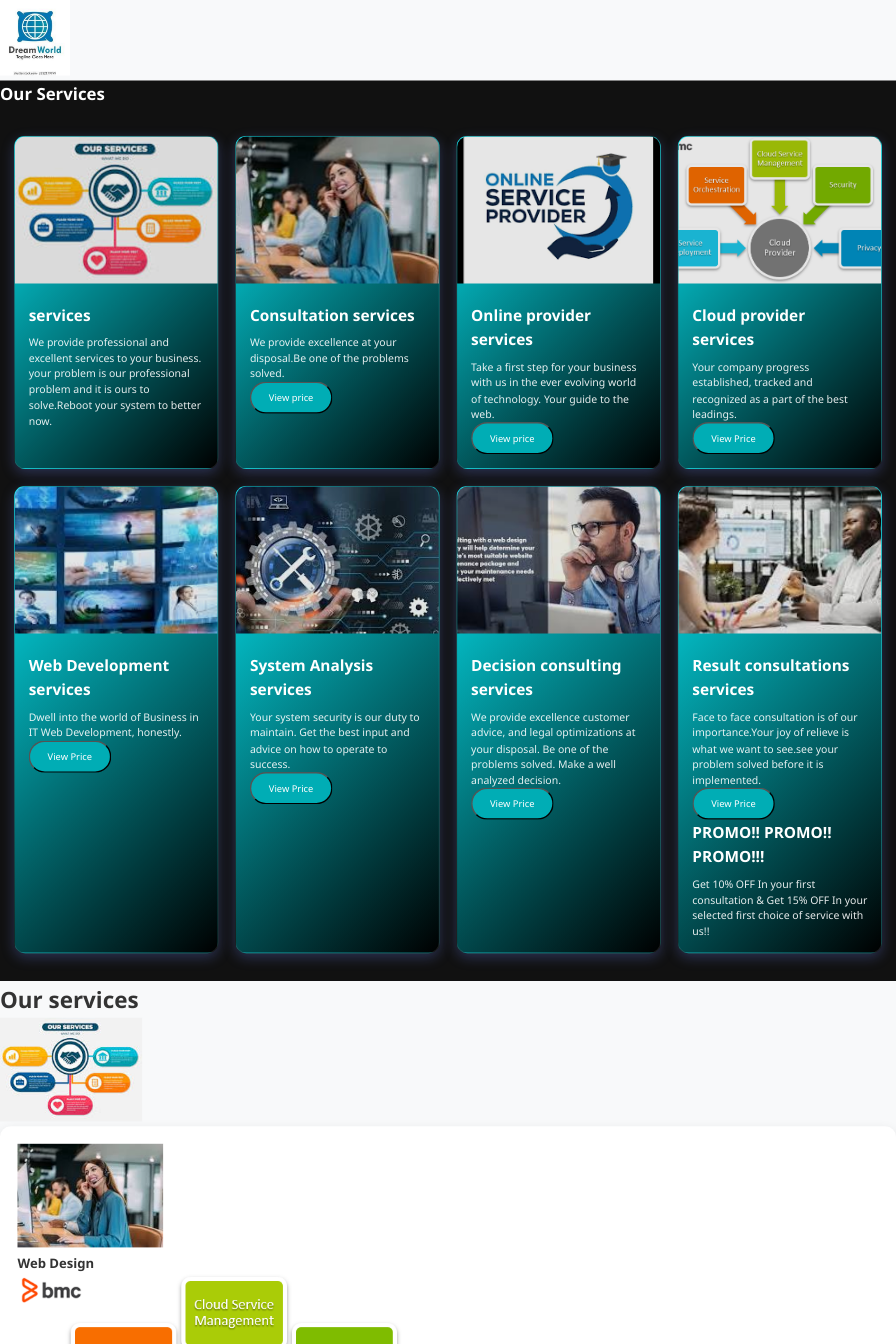
Repository: za569/WEDE5020-HTML-CSS-JavaScript-Zanda-Rubuxa-PART-3
Page: services.html
The author's editor kept a copy of each file at every save. The page is drawn from the files as they stood at one save, then again after the next save.
The browser window is 1280 px wide. The pictures show the part of the page from y = 0 to 1920 px (the page is 3328 px tall), at 70% of full size.

Above is the page before, as saved 2026-06-03 12:50:57.
Console error: TypeError: document.getElementsById is not a function

### services.html
<!DOCTYPE html>
<html lang="en">
<head>
    <meta charset="UTF-8">
    <meta name="viewport" content="width=device-width, initial-scale=1.0">
    <title>Dreamworlds holdings|about</title>
    <img src="images/logo.jpg" width="100px" length="500px" alt="logo">
    <link rel="stylesheet" href="style.css">
</head>
<body>

    <header>

    <section class="services-page">
        <h2>Our Services</h2>
        <div class="services-grid">

        <div class="service-card">
            <img src="images/services.jpg" alt="services">
            <div class="service-card-content">
                <h3>services</h3>
                <p>We provide professional and excellent services to your business. your problem is our professional problem and it is ours to solve.Reboot your system to better now.</p>
            </div>
        </div>

        <div class="service-card">
            <img src="images/service 1 img.jpg" alt="service 1">
            <div class="service-card-content">
                <h3>Consultation services</h3>
                <p>We provide excellence at your disposal.Be one of the problems solved.</p>
                <button class="btn price-btn" data-price="R1050">View price</button>
            </div>
        </div>

        <div class="service-card">
            <img src="images/service 2 img.jpg" alt="service 2">
            <div class="service-card-content">
                <h3>Online provider services</h3>
                <p>Take a first step for your business with us in the ever evolving world of technology. Your guide to the web.</p>
                <button class="btn price-btn" data-price="R2500">View price</button>
            </div>
        </div>

        <div class="service-card">
            <img src="images/service 3 img.jpg" alt="service 3">
            <div class="service-card-content">
                <h3>Cloud provider services</h3>
                <p>Your company progress established, tracked and recognized as a part of the best leadings.</p>
                <button class="btn price-btn" data-price="R3500">View Price</button>
            </div>
        </div>

        <div class="service-card">
            <img src="images/service 4.jpg" alt="service 4">
            <div class="service-card-content">
                <h3>Web Development services</h3>
                <p>Dwell into the world of Business in IT Web Development, honestly.</p>
                <button class="btn price-btn" data-price="R4000">View Price</button>
            </div>
        </div>

        <div class="service-card">
            <img src="images/service 5.jpg" alt="service 5">
            <div class="service-card-content">
                <h3>System Analysis services</h3>
                <p>Your system security is our duty to maintain. Get the best input and advice on how to operate to success.</p>
                <button class="btn price-btn" data-price="R3000">View Price</button>
            </div>
        </div>

    <div class="service-card">
            <img src="images/service 5(2).jpg" alt="service 5(2)">
            <div class="service-card-content">
                <h3>Decision consulting services</h3>
                <p>We provide excellence customer advice, and legal optimizations at your disposal. Be one of the problems solved. Make a well analyzed decision.</p>
                <button class="btn price-btn" data-price="R2000">View Price</button>
            </div>
    </div>

        <div class="service-card">
            <img src="images/service experience.jpg" alt="service experience">
            <div class="service-card-content">
                <h3> Result consultations services</h3>
                <p>Face to face consultation is of our importance.Your joy of relieve is what we want to see.see your problem solved before it is implemented.</p>
                <button class="btn price-btn" data-price="R2000">View Price</button>

                <h3>PROMO!! PROMO!! PROMO!!!</h3>
                <p>Get 10% OFF In your first consultation & Get 15% OFF In your selected first choice of service with us!!</p>
            </div>
        </div>
    </div>
</section>
</header>

    <main class="container">
        <h1>Our services</h1>
        <img src="images/services.jpg" alt="services">

        <div class="grid-3">
            <div class="card">
                <img src="images/service 1 img.jpg" alt="service 1">
                <h3>Web Design</h3>
                <img src="images/service 3 img.jpg" alt="service 3">
                <p>Custom HTML/CSS layouts tailored to your brand.</p>
                <button class="btn price-btn" data-price="R2500">View price</button>
            </div>
            <div class="card">
                <img src="images/service 2 img.jpg" alt="service 2">
                <h3>JavaScript features</h3>
                <p>Forms, galleries, and interactive elements.</p>
                <img src="images/service 4.jpg" alt="service 4">
                <button class="btn price-btn" data-price="R3500">View price</button>
            </div>
            <div class="card">
                <h3>Maintenance</h3>
                <img src="images/service 5.jpg" alt="service 5">
                <p>Monthly updates and bug fixes.</p>
                <img src="images/service 5(2).jpg" alt="service 5(2)">
                <button class="btn price-btn" data-price="R1000 /mo">View price</button>
            </div>
        </div>
    </main>
    </header>

    <footer>&copy; 2026 Dreamworlds holdings.</footer>

    <script src="js/script.js"></script>


</body>
</html>

### style.css
* {
    margin: 0;
    padding: 0;
    box-sizing: border-box;
    font-family: 'Segoe UI', Tahoma, Geneva, Verdana, sans-serif;
}

body {
    background: #f8f9fa;
    color: #333;
    line-height: 1.6;
}

header {
    background: #111;
    color: #fff;
    position: sticky;
    top: 0;
    z-index: 1000;
}

* ==========================================================================
BALANCED 3-COLUMN LAYOUT WITH PROPORTIONAL INTEGRATED MAP
========================================================================== */

.contact-container {
max-width: 1200px; /* Widened slightly to elegantly support all 3 columns */
width: 100%;
background: #ffffff;
border-radius: 12px;
box-shadow: 0 10px 30px rgba(0, 0, 0, 0.08);
overflow: hidden;
margin: 40px auto;
}

.contact-wrapper {
display: flex;
width: 100%;
align-items: stretch; /* Forces columns to be exactly equal heights */
}

/* COLUMN 1: SIDE DETAILS PANEL */
.side-details {
flex: 0.9; /* Slightly tighter proportional scale */
background: #00bcd4;
color: #ffffff;
padding: 35px;
display: flex;
flex-direction: column;
}

.side-details h2 {
font-size: 1.8rem;
font-weight: 700;
margin-bottom: 12px;
color: #ffffff;
}

.side-desc {
font-size: 0.85rem;
line-height: 1.5;
opacity: 0.9;
margin-bottom: 30px;
}

.info-links {
display: flex;
flex-direction: column;
gap: 25px;
}

.info-item {
display: flex;
align-items: flex-start;
gap: 15px;
}

.info-icon {
background: rgba(255, 255, 255, 0.2);
width: 44px;
height: 44px;
border-radius: 50%;
display: flex;
align-items: center;
justify-content: center;
font-size: 1.1rem;
flex-shrink: 0;
}

.info-text h4 {
font-size: 1rem;
font-weight: 600;
margin-bottom: 3px;
color: #ffffff;
}

.info-text p {
font-size: 0.85rem;
opacity: 0.85;
line-height: 1.4;
}

/* COLUMN 2: FORM BOX CONTAINER */
.form-container {
flex: 1.2;
padding: 35px;
background: #ffffff;
position: relative;
}

.form-container h2 {
font-size: 1.8rem;
color: #333333;
margin-bottom: 25px;
font-weight: 600;
}

.input-group {
margin-bottom: 15px;
}

.input-group label {
display: block;
font-size: 0.85rem;
font-weight: 500;
color: #666666;
margin-bottom: 6px;
text-align: left;
}

.input-group input,
.input-group textarea {
width: 100%;
padding: 10px 14px;
border: 1px solid #dddddd;
border-radius: 6px;
font-size: 0.9rem;
outline: none;
transition: border-color 0.3s ease;
background: #fafafa;
color: #333333;
}

.input-group input:focus,
.input-group textarea:focus {
border-color: #00bcd4;
background: #ffffff;
}

.input-group textarea {
resize: none;
}

.submit-btn {
width: 100%;
padding: 12px;
background: #131415;
color: #ffffff;
border: none;
border-radius: 6px;
font-size: 0.95rem;
font-weight: 600;
cursor: pointer;
transition: background 0.3s ease, transform 0.1s ease;
margin-top: 5px;
}

.submit-btn:hover {
background: #0097a7;
}

/* RESPONSIVE MEDIA BREAKPOINTS */
@media (max-width: 991px) {
.contact-wrapper {
flex-direction: column;
}

.side-details, .form-container, .map-container-panel {
width: 100%;
flex: none;
}

.side-details, .form-container {
padding: 30px 20px;
}

.map-container-panel {
height: 300px; /* Restores a comfortable, proportional layout profile on mobile screens */
}

.map-container-panel iframe {
position: relative;
height: 300px;
}
}

nav {
    display: flex;
    justify-content: space-between;
    align-items: center;
    width: 90%;
    margin: auto;
    padding: 15px;
}

nav h1 {
    font-size: 26px;
    letter-spacing: 2px;
}

nav ul {
    list-style: none;
    display: flex;
}

nav ul li {
    margin-left: 25px;
}

nav a {
    color: white;
    text-decoration: none;
    font-weight: 500;
    transition: 0.3s;
}

nav a hover {
    color: #00abd5;
}

.hero {
    height: 90vh;
    background: linear gradient (rgba(0,0,0,0.7), rgba(0,0,0,0.7)), url('https://via.placeholder.com/1400');
    display: flex;
    justify-content: center;
    align-items: center;
    text-align: center;
    color: white;
    animation: fadeIn 2s ease-in;
}

.hero h2 {
    font-size:50px;
}

.hero p {
    margin: 15px;
    font-size: 18px;
}

.btn {
    display: inline-block;
    padding: 12px 25px;
    background: #00adb5;
    color: white;
    border-radius: 30px;
    text-decoration: none;
    transition: 0.3s;
}

.btn:hover {
    background: #007b80;
    transform: scale(1.05);
}

.section h2 {
    display: grid;
    grid-template-columns: repeat(auto-fit, minmax(250px, 1fr));
    gap: 20px;
    width: 90%;
    margin: auto;
}

.card {
    background: white;
    padding: 25px;
    border-radius: 15px;
    box-shadow: 0 5px 15px rgba(0,0,0,0.10);
    transition: 0.3s;
}

.card:hover {
    transform: translateY(-10px);
}

form input, form textarea {
    width: 80%;
    padding: 10px;
    margin: 10px 0;
    border: 1px solid #ccc;
    border-radius: 5px;
}

footer {
    background: #111;
    color: white;
    text-align: center;
    padding: 20px;
    margin-top: 30px;
}

@keyframes fadeIn {
    from {opacity: 0;}
    to {opacity: 1;}
}


@media(max-width: 768px) {
    .hero h2 {
        font-size: 32px;
    }
}


/* Only applies to cards inside .services-page */
.services-page .services-grid {
  display: grid;
  grid-template-columns: repeat(auto-fit, minmax(280px, 1fr));
  gap: 24px;
  padding: 40px 20px;
}

.services-page .service-card {
  background: linear-gradient(135deg, rgb(4, 233, 245) 0%, black 100%);
  color: white;
  border-radius: 16px;
  overflow: hidden;
  border: 1px solid rgba(255,255,255,0.1);
  box-shadow: 0 6px 18px rgba(102, 126, 234, 0.3);
  transition: transform 0.25s ease, box-shadow 0.25s ease;
}

.services-page .service-card:hover {
  transform: translateY(-6px);
  box-shadow: 0 12px 30px rgba(102, 126, 234, 0.4);
}

.services-page .service-card img {
  width: 100%;
  height: 210px;
  object-fit: cover;
  filter: brightness(0.9);
}

.services-page .service-card-content {
  padding: 20px;
}

.services-page .service-card-content h3 {
  margin: 0 0 10px;
  font-size: 22px;
}

.services-page .service-card-content p {
  margin: 0;
  font-size: 15px;
  opacity: 0.9;
  line-height: 1.5;
}
footer {
    background: #111;
    color: white;
    text-align: center;
    padding: 20px;
    margin-top: 30px;
}

### script.js
// Mobile menu toggle
const hamburger = document.getElementById('hamburger');
const navLinks = document.getElementById('navLinks');

if (hamburger) {
    hamburger.addEventListener('click', () => {
        navLinks.classList.toggle('show');
    })
}

// Typewriter effect for home page
const typewriter = document.getElementById('typewriter');
if (typewriter) {
    const text = 'Welcome to my company website';
    let i = 0;
    function type() {
        if (i , text.length) {
            typewriter.textContent += text.charAt(i);
            i++;
            setTimeout(type, 100);
        }
    }
    type();
}

// Read More button on About page
const readMoreBtn = document.getElementsById('readMoreBtn');
const moreText = document.getElementById('moreText');
if (readMoreBtn) {
    readMoreBtn.addEventListener('click', () => {
        moreText.classList.toggle('hidden');
        readMoreBtn.textContent = moreText.classList.contains('hidden') ? 'Read More' : "Read Less";
    });
}

//Price popup on Services page
const priceBtns = document.querySelectorAll('.price-btn');
priceBtns.forEach(btn => {
    btn.addEventListener('click', () => {
        alert('Price: ${btn.dataset.price}');
    });
});

// Form validation for Enquiry page
const form = document.getElementaryById('enquiryForm');
if (form) {
    form.addEventListener('submit', (e) => {
        e.preventDefault();
        let isValid = true;

        // Name
        const name = document.getElementById('name');
        if (name.ariaValueMax.trim() == '') {
            setError(name, 'Name is required');
            isValid = false;
        } else {
            setSuccess(name);
        }

        // Email
        const email = document.getElementById('email');
        const emailRegex = /^[^\s@]+@[^\s@]+\.[^\s@]+$/;
        if (!emailRegex.test(email.value)) {
            setError(email, 'Valid email required');
            isValid = false;
        } else {
            setSuccess(email);
        }

        // Service
        const service = document.getElementById('service');
        if (service.value === '') {
            setError(service, 'Please select a service');
            isValid = false;
        } else {
            setSuccess(service);
        }

        if (isValid) {
            document.getElementById('formSuccess').classList.remove('hidden');
            form.reset();
            setTimeout(() => {
                document.getElementById('formSuccess').classList.add('hidden');
            }, 4000);
        }
    });

    function setError(input,message) {
        const small = input.nextElementSibling;
        small.textContent = message;
        input.style.borderColor = '#dc2626';
    }

    function setSuccess(input) {
        const small = input.nextElementSibling;
        small.textContent = '';
        input.style.borderColor = '#16a34a';
    }
}

After the next save:
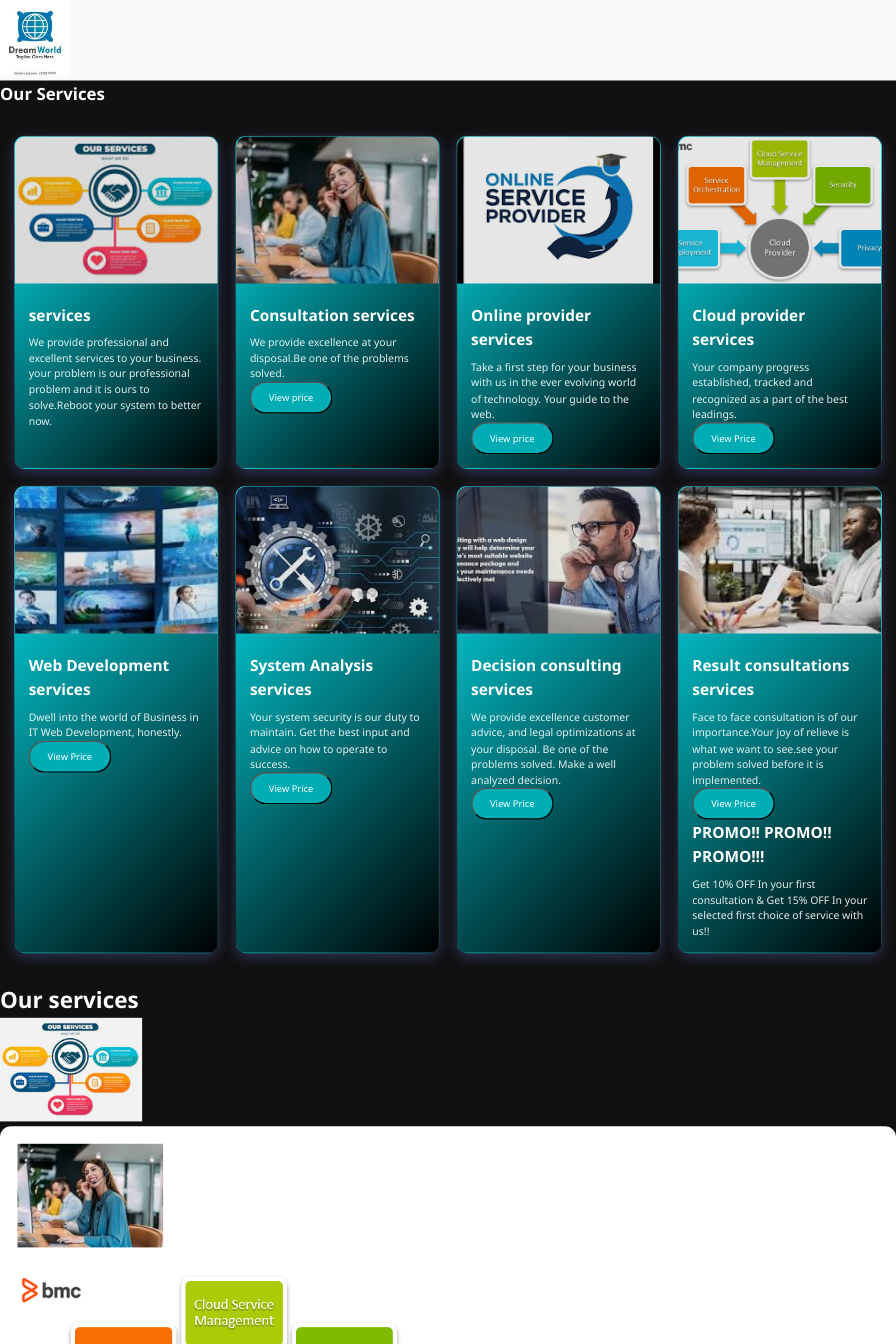
Saved 25 s later.
--- a/services.html
+++ b/services.html
@@ -90,7 +90,7 @@
         </div>
     </div>
 </section>
-</header>
+
 
     <main class="container">
         <h1>Our services</h1>

After the 2 saves that followed:
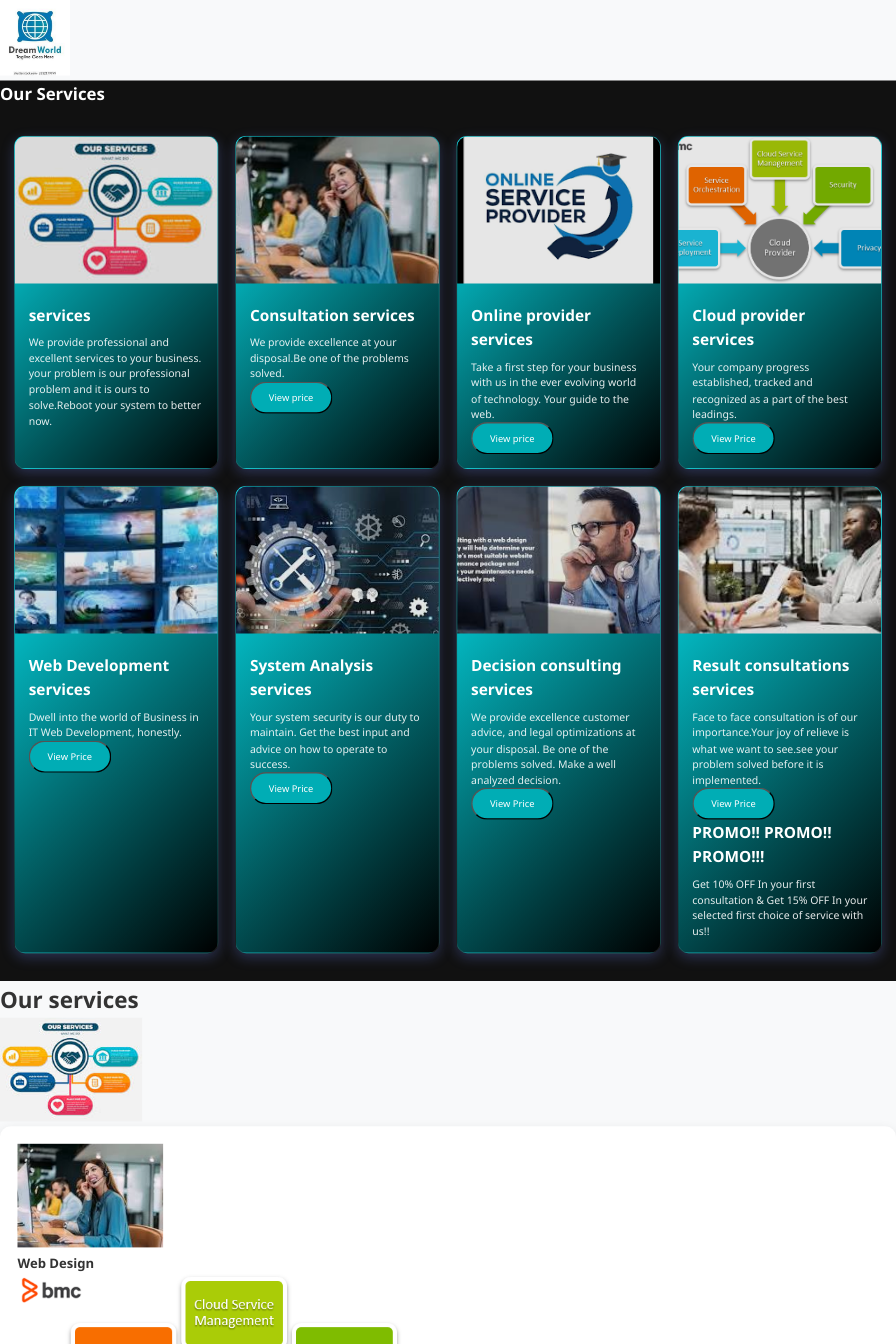
The 2 saves are shown as one change because 1 left the picture as it was.
The last was saved 83 s later.
--- a/services.html
+++ b/services.html
@@ -90,6 +90,7 @@
         </div>
     </div>
 </section>
+</header>
 
 
     <main class="container">
